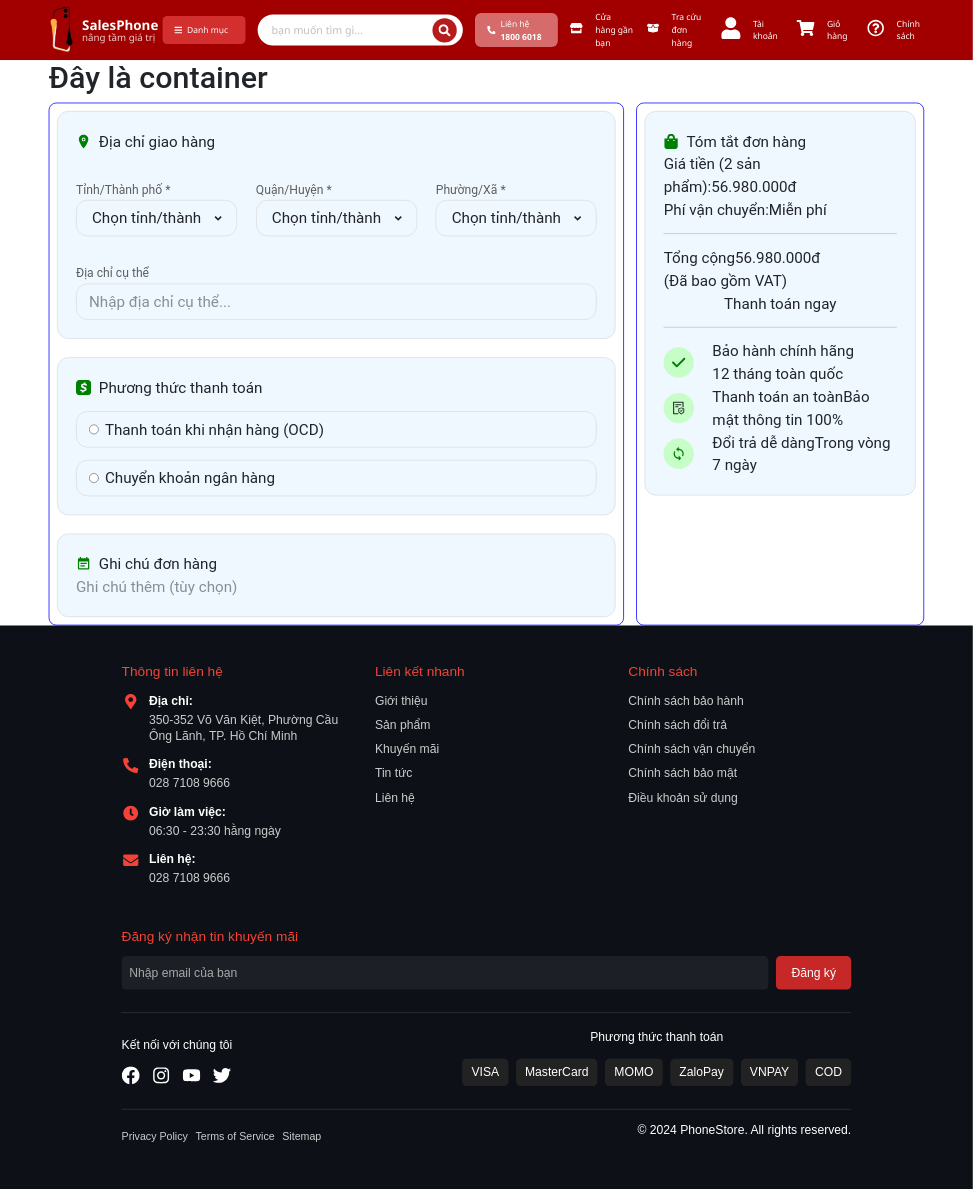
Repository: nguyenhuuluanTTB/cn-da22ttb-nguyenhuuluan-website_salesphone-nextjs_nodejs
Page: /order (app in Project_SalesPhone/client/salesphone/)
These files come from the project's save history. The page is drawn as it stood at one moment and after the next save; the edit follows.
The browser window is 1280 px wide. The pictures show the whole page, at 76% of full size.
The project was rebuilt for these pictures with package versions that can differ from the ones it lists, and the page was loaded fresh each time. The framework's server and built-in components were replaced by stand-ins that run in the browser. Also part of the build but not shown: Project_SalesPhone/client/salesphone/next.config.ts.

Above is the page before, as saved 2025-12-02 01:22:24.

After the next save:
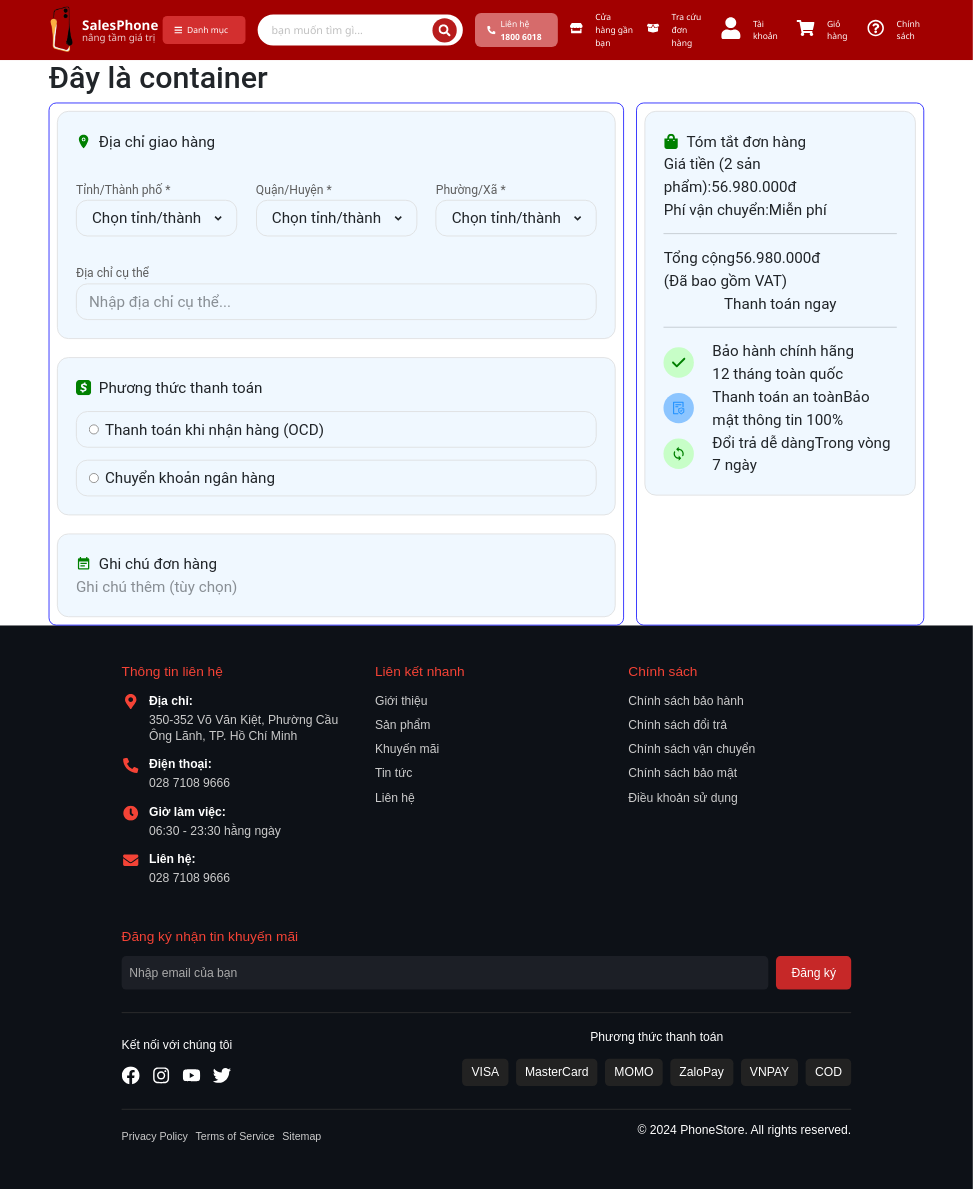
Saved 35 s later.
--- a/Project_SalesPhone/client/salesphone/app/order/order.module.scss
+++ b/Project_SalesPhone/client/salesphone/app/order/order.module.scss
@@ -135,7 +135,8 @@
 }
 
 .ttat_icon{
-    background: rgb(199, 254, 199);
-        border-radius: 20px;
-        padding: 10px;
+    color: dodgerblue;
+    background: rgb(140, 197, 255);
+    border-radius: 20px;
+    padding: 10px;
 }
